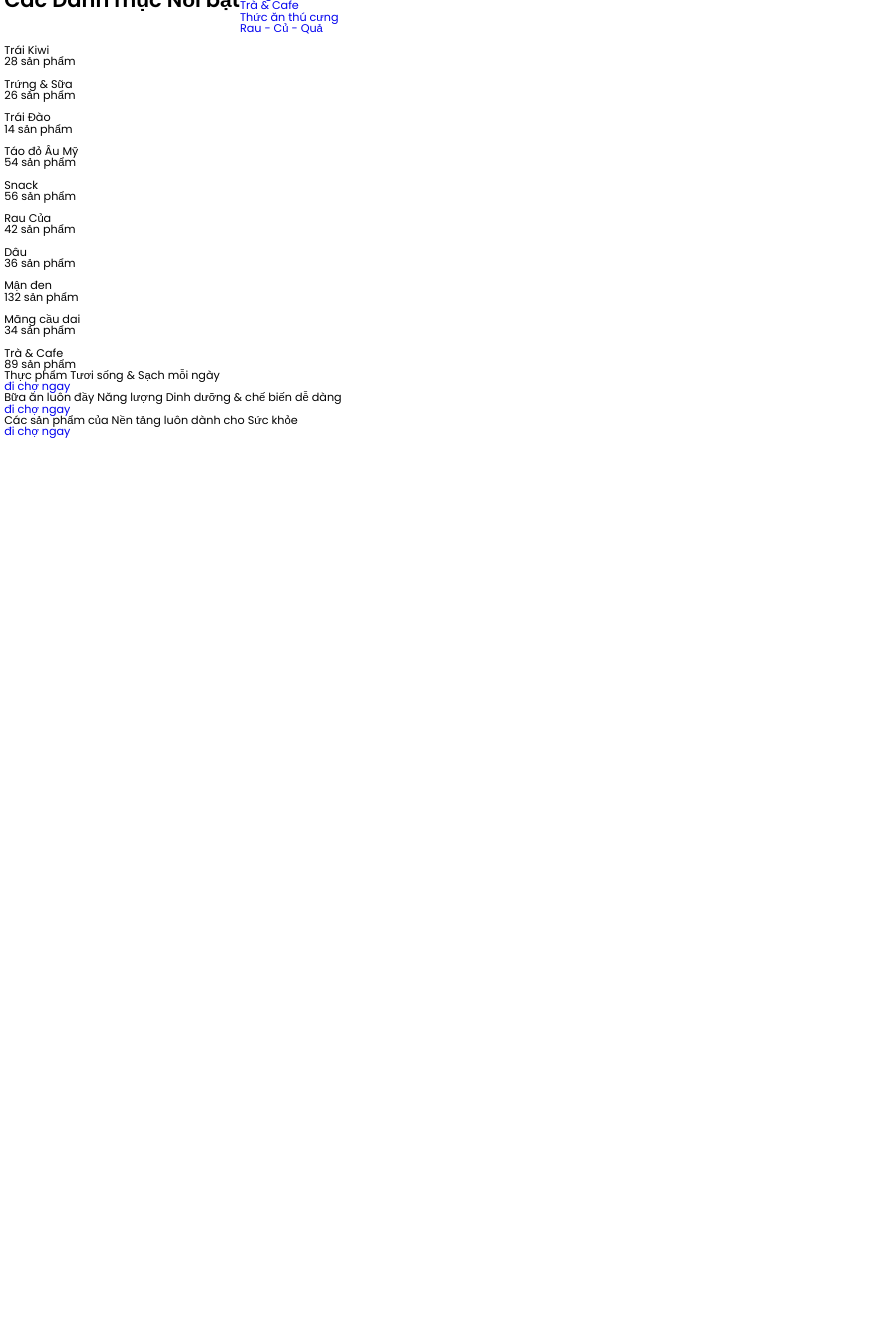
Repository: DucNghia2004/project_pro_01
Page: index.html
These files come from the project's save history. The page is drawn as it stood at one moment and after the next save; the edit follows.
The browser window is 1280 px wide. The pictures show the part of the page from y = 779 to 2679 px (the page is 10285 px tall), at 70% of full size.
A picture or video elsewhere on the page could not be fetched, so the positions and the page height are approximate.

Above is the page before, as saved 2024-05-31 09:11:29.

After the next save:
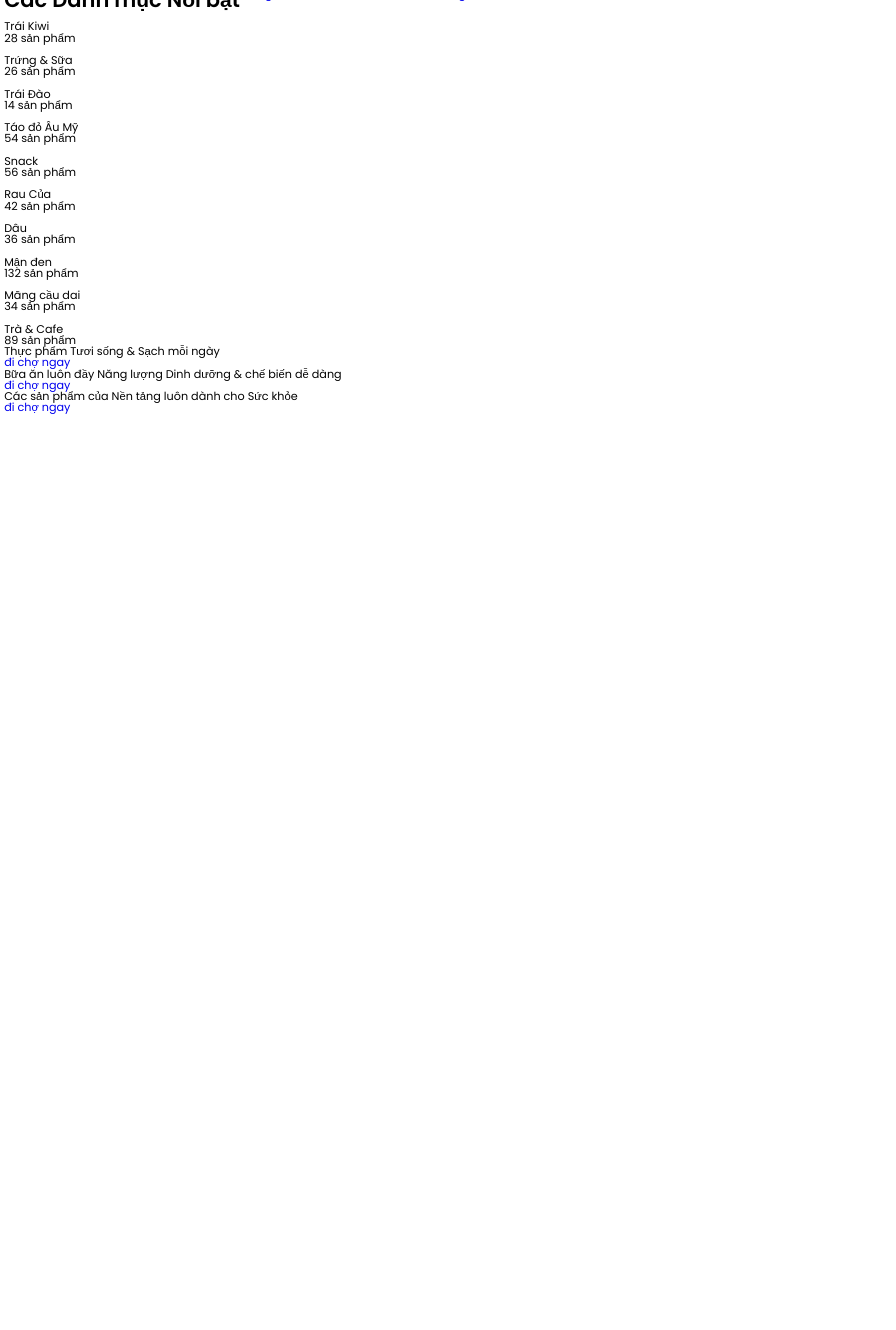
Saved 27 s later.
--- a/assets/css/styles.css
+++ b/assets/css/styles.css
@@ -473,3 +473,7 @@ a {
     font-weight: 600;
     color: black;
 }
+
+.navbar-outstanding__list {
+    display: flex;
+}
